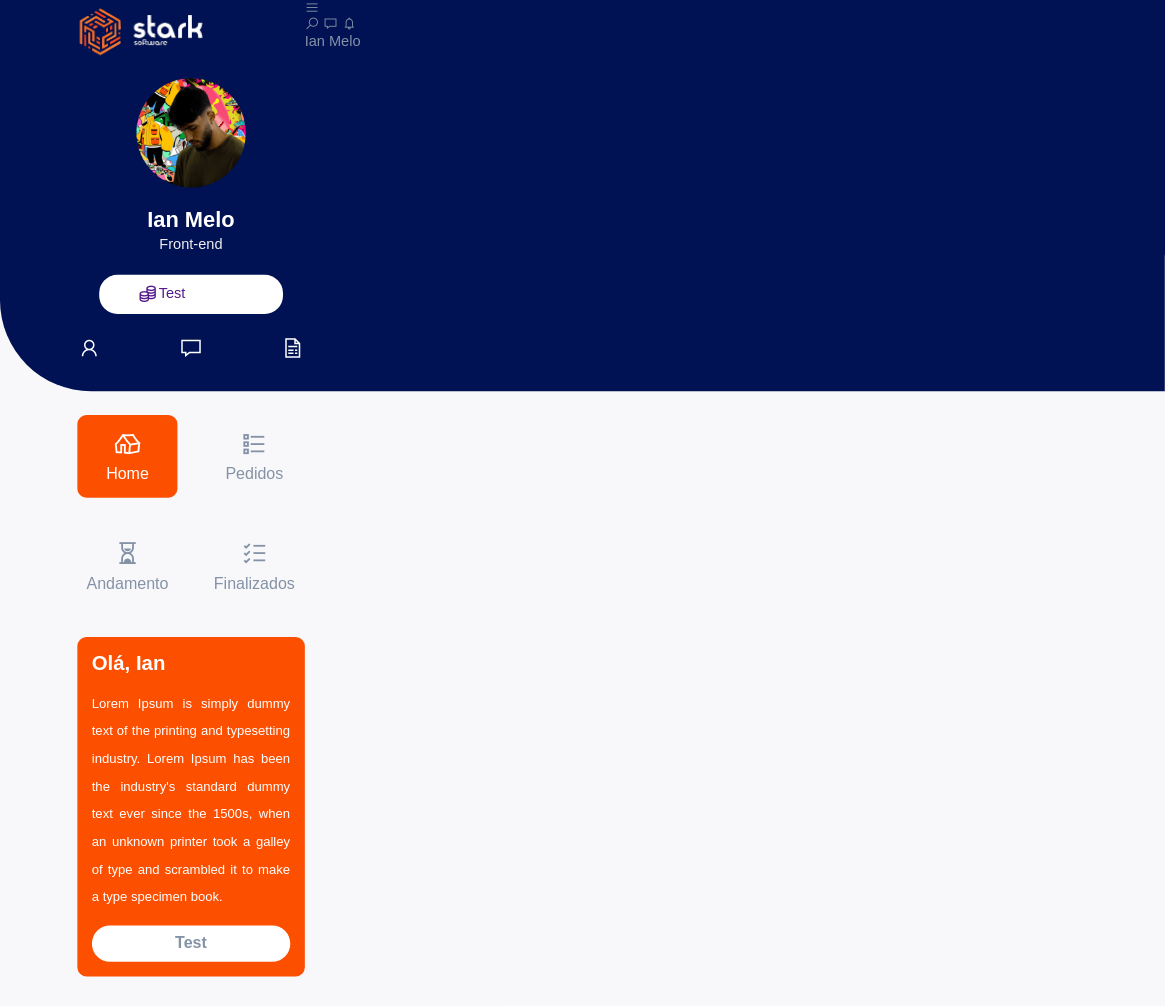
Repository: ichumbo/StarkDashboard
Page: index.html
The author's editor kept a copy of each file at every save. The page is drawn from the files as they stood at one save, then again after the next save.
The browser window is 1280 px wide. The pictures show the whole page, at 91% of full size.
Pictures or frames that could not be fetched are drawn as grey boxes.

Above is the page before, as saved 2023-06-06 19:51:26.

After the next save:
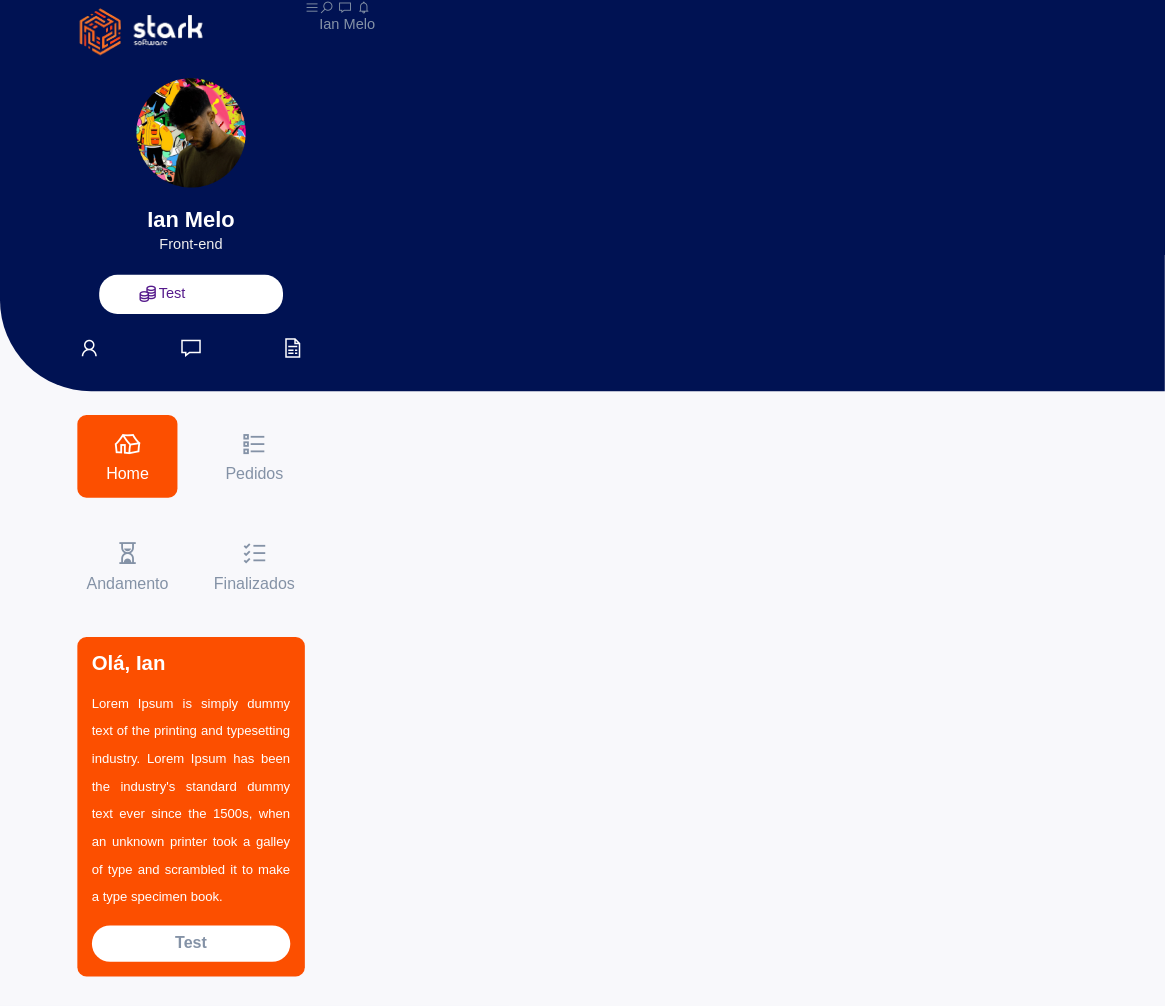
Saved 43 s later.
--- a/css/header.css
+++ b/css/header.css
@@ -1,3 +1,10 @@
 main-content {
     padding: 0 40px;
 }
+
+header {
+    display: flex;
+    justify-content: space-between;
+    align-self: center;
+    height: 70%;
+}
